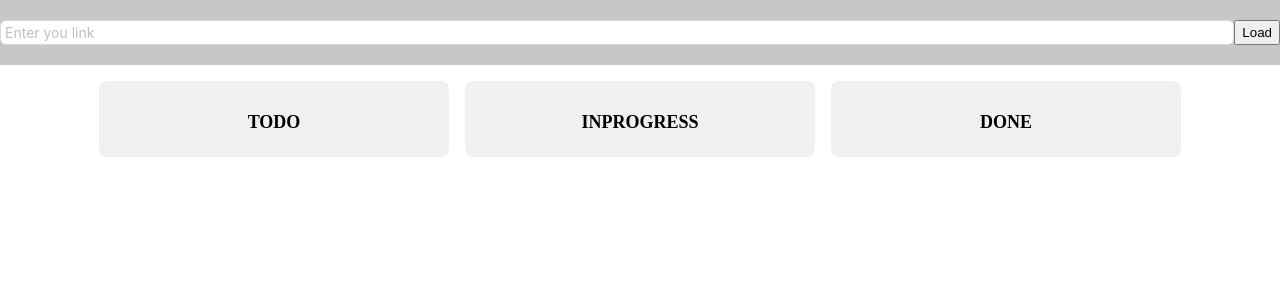
Repository: dVaselevsliy/kanban-test
Page: /
An editor plug-in stored every save of this project. The page is shown before and after the next save, followed by the edit.
The browser window is 1280 px wide. The pictures show the whole page.
The project was rebuilt for these pictures with package versions that can differ from the ones it lists, and the page was loaded fresh each time. Also part of the build but not shown: vite.config.ts, src/helpers/timeAgo.js, src/components/Issue.tsx.

Above is the page before, as saved 2025-03-03 01:42:56.

### src/main.tsx
import { StrictMode } from 'react'
import { createRoot } from 'react-dom/client'
import App from './App.tsx'
import './styles/styles.scss'
import { Provider } from 'react-redux'
import { store } from './redux/store.ts'

createRoot(document.getElementById('root')!).render(
  <StrictMode>
    <Provider store={store}>
      <App />
    </Provider>
  </StrictMode>,
)

### src/App.tsx
import React, { useEffect, useState } from "react"
import KanbanBoard from "./components/KanbanBoard"
import { useAppDispatch, useAppSelector } from "./redux/hooks"
import { setIssues, setLink, setQuery} from "./array/dataArray"
import { getGitHubLink } from "./api"
import { Input } from 'antd';


function App() {
  const [error, setError] = useState('')
  const [loading, setLoading] = useState(false)

  const dispatch = useAppDispatch()
  const { query, link, issues } = useAppSelector(state => state.data)

  const submit = (query: string) => {
    dispatch(setLink(query))
  }

  const handleSubmit = (event: React.FormEvent) => {
    event.preventDefault();

    if (query.length === 0) {
      return
    }

    submit(query)

    reset()
  }

  const reset = () => {
    dispatch(setQuery(''))
    setError('')
  }

  useEffect(() => {
    if (!link) return

    setLoading(true)
    setError('')
  /*  check local storage for repo link if it has tasks already
      if has - take tasks from local storage
      if no - make a request
    */
    getGitHubLink(link)
      .then(issues => {
        dispatch(setIssues(issues))
      })
      .catch(() => setError('Failed to loud issues'))
      .finally(() => setLoading(false))
  }, [dispatch, link])

  return (
    <>
      <div>
        <form onSubmit={handleSubmit} className="form">
          <label htmlFor="query"></label>
          <Input
            value={query}
            onChange={(event) => {
              dispatch(setQuery(event.target.value))
            }}
            className="input"
            placeholder="Enter you link"
            id="query"
            type="text" />

          <button

            type="submit"
          >
            Load
          </button>
          {error && error}
        </form>
        <KanbanBoard issues={issues} repoUrl={link} />
      </div>
    </>
  )
}

export default App

### src/styles/styles.scss
* {
  box-sizing: border-box;
}

body {
  margin: 0;
  padding: 0;
}

.form {
  display: flex;
  justify-content: center;
  padding-block: 20px;
  background-color: #c7c7c7;
}

.input {
  height: 25px;
  padding: 4px;
}

.colums > div {
  flex: 1;
  display: flex;
  flex-direction: column;
}

.colums {
  display: flex;
  justify-content: center;
  align-items: stretch;
  gap: 20px;
  width: 100%;

  &__name {
    text-align: center;
  }

  &__container {
    background-color: #d1d2d7;
    margin: 20px;
    border: 1px solid;
    flex-grow: 1;
    display: flex;
    flex-direction: column;
    align-items: center;
  }
}

.issue {
  border: 1px solid black;
  display: flex;
  flex-direction: column;
  width: 100%;
  margin: auto;
  padding: 15px;
  margin: 20px 0;
  border-radius: 16px;
  background-color: white;
  cursor: grab;

  &__title {
    text-align: left;
    font-size: 14px;
    font-weight: 400;
    margin: 0;
    margin-block: 5px;
    font-weight: bold;
  }

  &__description {
    text-align: left;
    font-size: 14px;
    font-weight: 400;
    margin: 0;
    margin-block: 5px;
  }

  &__second-section {
    display: flex;
    align-items: baseline;
    gap: 5px;
  }

  &__id {
    margin: 0;
    font-size: 14px;
  }

  &__third-section {
    display: flex;
    gap: 10px;
    width: 100%;
  }

  &__link {
    margin: 0;
  }
}

.kanban-container {
  display: flex;
  justify-content: center;
  gap: 16px;
  padding: 16px;
}

.kanban-column {
  max-width: 350px;
  width: 33.3%;
  padding: 16px;
  background-color: #f0f0f0;
  border-radius: 8px;
}

.kanban-title {
  font-size: 18px;
  font-weight: bold;
  margin-bottom: 8px;
  text-align: center;
}

.kanban-task {
  padding: 8px;
  background-color: white;
  border-radius: 4px;
  box-shadow: 0 2px 4px rgba(0, 0, 0, 0.1);
  margin-bottom: 8px;
  cursor: pointer;
}

.kanban-task:active {
  opacity: 0.7;
}

.kanban-new-task {
  width: 33.3%;
  padding: 16px;
}

.kanban-input {
  width: 100%;
  padding: 8px;
  border: 1px solid #ccc;
  border-radius: 4px;
}

.kanban-button {
  width: 100%;
  margin-top: 8px;
  padding: 8px;
  background-color: #007bff;
  color: white;
  border: none;
  border-radius: 4px;
  cursor: pointer;
}

.kanban-button:hover {
  background-color: #0056b3;
}

### src/redux/store.ts
import { configureStore } from "@reduxjs/toolkit";
import dataReducer from "../../src/array/dataArray";

export const store = configureStore({
  reducer: {
    data: dataReducer,
  },
});

export type AppDispatch = typeof store.dispatch;
export type RootState = ReturnType<typeof store.getState>;

### src/components/KanbanBoard.tsx
import { useEffect, useState } from "react";
import Task from "./Issue";
import { IssueType } from "../type/IssueType";

const initialTasks = {
  todo: [],
  inProgress: [],
  done: [],
};

interface Props {
  issues: IssueType[],
  repoUrl: string
}

export default function KanbanBoard({ issues, repoUrl }: Props) {
  const [tasks, setTasks] = useState(initialTasks);
  const [draggedTask, setDraggedTask] = useState(null);
  const [draggedOverTask, setDraggedOverTask] = useState(null);

  useEffect(() => {
    const storedTasks = localStorage.getItem(`kanban-${repoUrl}`)
    if (storedTasks) {
      setTasks(JSON.parse(storedTasks))
    } else {
      const newTasks = {
        todo: issues.filter(issue => issue.state === 'open' && !issue.assignee),
        inProgress: issues.filter(issue => issue.state === 'open' && issue.assignee),
        done: issues.filter(issue => issue.state === 'closed')
      }
      setTasks(newTasks)
    }
  }, [issues, repoUrl])

  useEffect(() => {
    localStorage.setItem(`kanban-${repoUrl}`, JSON.stringify(tasks))
  }, [tasks, repoUrl])

  const handleDragStart = (task: IssueType, column: string) => {
    setDraggedTask({ task, column });
  };

  const handleDragOver = (task: IssueType) => {
    setDraggedOverTask(task);
  };

  const handleDrop = (column: string) => {
    if (!draggedTask) return;

    const { task, column: fromColumn } = draggedTask;

    if (fromColumn === column) {
      const updatedColumn = [...tasks[column]];
      const fromIndex = updatedColumn.indexOf(task);
      const toIndex = updatedColumn.indexOf(draggedOverTask);

      updatedColumn.splice(fromIndex, 1);
      updatedColumn.splice(toIndex, 0, task);

      setTasks({ ...tasks, [column]: updatedColumn });
      /* local storage */
    } else {
      const updatedFromColumn = tasks[fromColumn].filter((t) => t !== task);
      const updatedToColumn = [...tasks[column]];
      const toIndex = draggedOverTask ? updatedToColumn.indexOf(draggedOverTask) : updatedToColumn.length;

      updatedToColumn.splice(toIndex, 0, task);

      setTasks({
        ...tasks,
        [fromColumn]: updatedFromColumn,
        [column]: updatedToColumn,
      });
      /* local storage - tasks for each repo
        {
          repo1URl: [
          ...
          ],
          repo2URl: [
          ...
          ],
        }
      */
    }

    setDraggedTask(null);
    setDraggedOverTask(null);
  };

  const columns = ["todo", "inProgress", "done"];

  return <div className="kanban-container">
      {columns.map((col) => (
        <div
          key={col}
          className="kanban-column"
          onDragOver={(e) => e.preventDefault()}
          onDrop={() => handleDrop(col)}
        >
          <h2 className="kanban-title">{col.toUpperCase()}</h2>
          {tasks[col].map((task) => (
            <Task
              key={task.id}
              issue={task}
              col={col}
              handleDragStart={handleDragStart}
              handleDragOver={handleDragOver}
            />
          ))}
        </div>
      ))}
    </div>
}

### src/redux/hooks.ts
import { TypedUseSelectorHook, useDispatch, useSelector } from "react-redux";
import { AppDispatch } from "./store";
import { RootState } from "@reduxjs/toolkit/query";

export const useAppDispatch = () => useDispatch<AppDispatch>()
export const useAppSelector: TypedUseSelectorHook<RootState> = useSelector

### src/array/dataArray.ts
import { createSlice, PayloadAction } from "@reduxjs/toolkit"
import { IssueType } from "../type/IssueType"

type DataType = {
  query: string
  link: string
  issues: IssueType[]
}

const initialState: DataType = {
  query: '',
  link: '',
  issues: [],
}

const dataSlice = createSlice({
  name: 'data',
  initialState,
  reducers: {
    setQuery: (state, action: PayloadAction<string>) => {
      state.query = action.payload
    },
    setLink: (state, action: PayloadAction<string>) => {
      state.link = action.payload
    },
    setIssues: (state, action: PayloadAction<IssueType[]>) => {
      state.issues = action.payload
    }
  }
})

export default dataSlice.reducer
export const { setQuery, setLink, setIssues } = dataSlice.actions;

### src/api.ts
export function getGitHubLink(link: string) {
  try {
    const repoPath = new URL(link).pathname.replace(/^\//, "");
    const url = `https://api.github.com/repos/${repoPath}/issues`

    return fetch(url, {
      headers: {
        "Accept": "application/vnd.github.v3+json",
      },
    })
      .then(res => res.json())
      .catch(() => 'Link loading Error')
  } catch {
    return Promise.resolve({error: 'Invalid URL'})
  }
}

Loaded but not shown: index.html (common file)

After the next save:
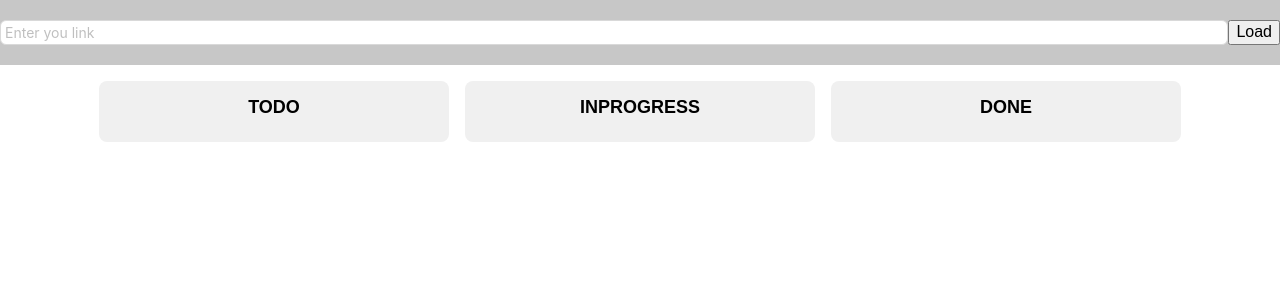
Saved 114 s later.
--- a/src/main.tsx
+++ b/src/main.tsx
@@ -1,6 +1,7 @@
 import { StrictMode } from 'react'
 import { createRoot } from 'react-dom/client'
 import App from './App.tsx'
+import 'antd/dist/reset.css';
 import './styles/styles.scss'
 import { Provider } from 'react-redux'
 import { store } from './redux/store.ts'
